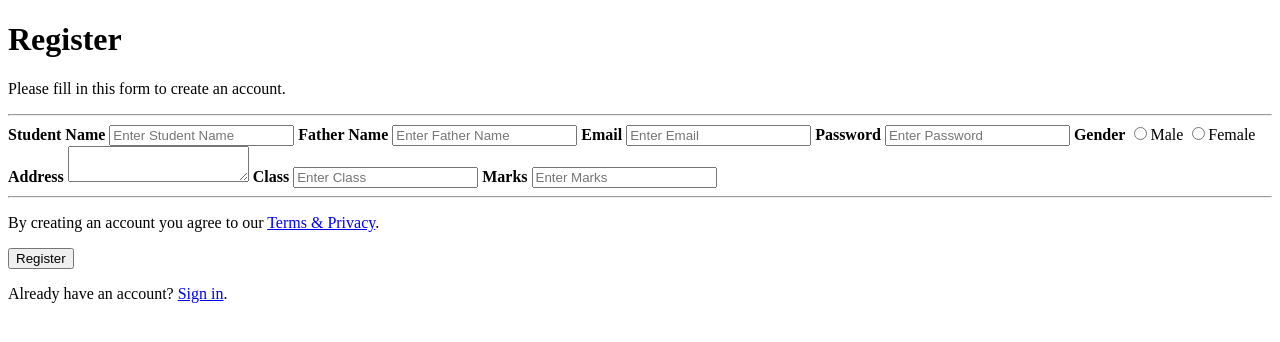
Repository: laxmichauhan/Student-Data-Insertion
Page: Application1/WebContent/register.html
The author's editor kept a copy of each file at every save. The page is drawn from the files as they stood at one save, then again after a run of saves.
The browser window is 1280 px wide. The pictures show the whole page.

Above is the page before, as saved 2019-02-19 07:17:14.

### Application1/WebContent/register.html
<!DOCTYPE html>
<html>
<head>
<meta charset="ISO-8859-1">
<title>Insert title here</title>
</head>
<body>
<form>
  <div class="container">
    <h1>Register</h1>
    <p>Please fill in this form to create an account.</p>
    <hr>
    <label for="Student Name"><b>Student Name</b></label>
    <input type="text" placeholder="Enter Student Name" name="name" required>

	<label for="Father Name"><b>Father Name</b></label>
    <input type="text" placeholder="Enter Father Name" name="fname" required>

    <label for="email"><b>Email</b></label>
    <input type="text" placeholder="Enter Email" name="email" required>

    <label for="psw"><b>Password</b></label>
    <input type="password" placeholder="Enter Password" name="psw" required>

    <label for="Gender"><b>Gender</b></label>
    <input type="radio" name="gender" value="Male"/>Male
     <input type="radio" name="gender" value="Female"/>Female

    <label for="Address"><b>Address</b></label>
    <textarea name="address"></textarea>

    <label for="Class"><b>Class</b></label>
    <input type="text" placeholder="Enter Class" name="class" required>

     <label for="Marks"><b>Marks</b></label>
    <input type="text" placeholder="Enter Marks" name="Marks" required>
    <hr>

    <p>By creating an account you agree to our <a href="#">Terms & Privacy</a>.</p>
    <button type="submit" class="registerbtn">Register</button>
  </div>

  <div class="container signin">
    <p>Already have an account? <a href="#">Sign in</a>.</p>
  </div>
</form>
</form>

</body>
</html>

After the next 2 saves:
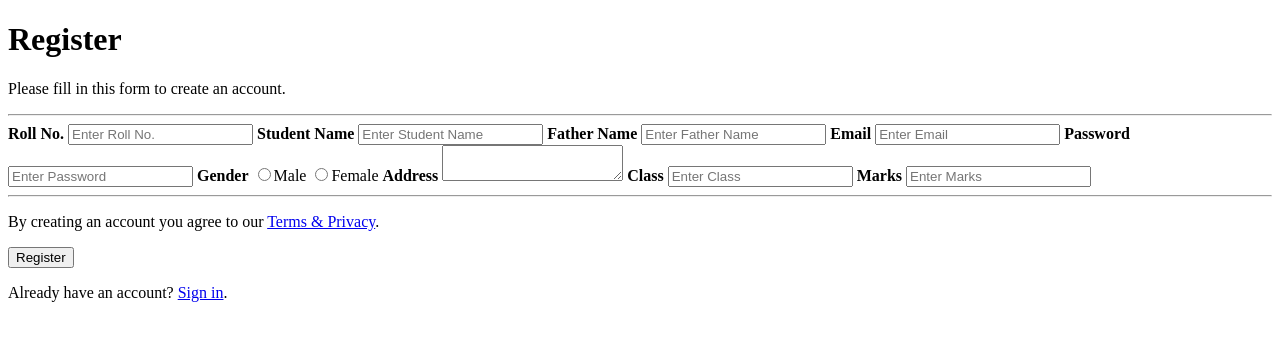
The 2 saves are shown as one change because they came seconds apart.
The last was saved 78 s later.
--- a/Application1/WebContent/register.html
+++ b/Application1/WebContent/register.html
@@ -10,6 +10,9 @@
     <h1>Register</h1>
     <p>Please fill in this form to create an account.</p>
     <hr>
+     <label for="RollNo"><b>Roll No.</b></label>
+    <input type="text" placeholder="Enter Roll No." name="rollno" required>
+
     <label for="Student Name"><b>Student Name</b></label>
     <input type="text" placeholder="Enter Student Name" name="name" required>
 
